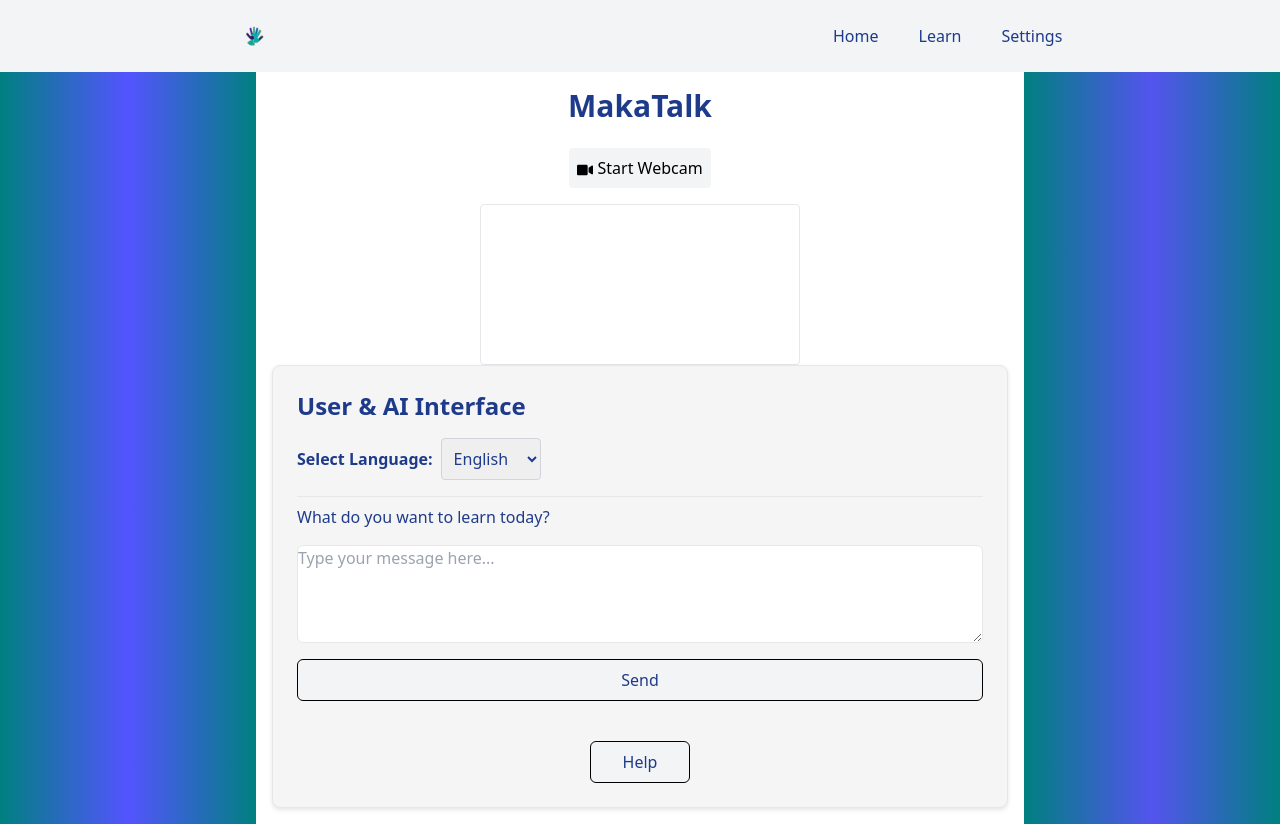
Repository: maria2469/MakaTalk
Page: /learn
The author's editor kept a copy of each file at every save. The page is drawn from the files as they stood at one save, then again after the next save.
The browser window is 1280 px wide. The pictures show the whole page.
The page's requests for data from a server got no answer. The project was rebuilt for these pictures with package versions that can differ from the ones it lists, and the page was loaded fresh each time. No one was signed in, and anything a server would have sent is missing. Also part of the build but not shown: vite.config.js, src/components/LandingPage/Landing.jsx.

Above is the page before, as saved 2024-10-09 21:29:01.

### index.html
<!doctype html>
<html lang="en">
  <head>
    <meta charset="UTF-8" />
    <link rel="icon" type="image/svg+xml" href="/images/MakaTalkLogo.svg" />
    <meta name="viewport" content="width=device-width, initial-scale=1.0" />
    <title>MakaTalk</title>
  </head>
  <body>
    <div id="root"></div>
    <script type="module" src="/src/main.jsx"></script>
  </body>
</html>

### src/main.jsx

console.log('main.js loaded'); // Add this line


import { StrictMode } from 'react'
import { createRoot } from 'react-dom/client'
import App from './App.jsx'
import './index.css'

createRoot(document.getElementById('root')).render(
  <StrictMode>

    <App />
  </StrictMode>,
)

### src/App.jsx
import React from "react";
import { BrowserRouter as Router, Routes, Route } from "react-router-dom";
import Landing from "./components/LandingPage/Landing";
import Learn from "./components/Learn/Learn";

const App = () => {
  return (
    <Router>
      <Routes>
        <Route path="/" element={<Landing />} />
        <Route path="/learn" element={<Learn />} />
      </Routes>
    </Router>
  );
};

export default App;

### src/components/Learn/Learn.jsx
import React, { useState } from 'react';
import './learn.css';
import Navbar from '../LandingPage/Navbar';
import Webcam from './Webcam/Webcam';
import colorOptions from '../Choices/Colors/Colors';
import Help from './Help/Help';
import Language from '../Languagedropdown/Language';
import UserAiResponse from '../UserAiResponse/UserAiResponse';

const Learn = () => {
    const [userInput, setUserInput] = useState('');
    const [selectedImage, setSelectedImage] = useState(null);
    const [instructions, setInstructions] = useState('');
    const [aiResponse, setAiResponse] = useState('What do you want to learn today?');
    const [step, setStep] = useState(0);

    const handleInputChange = (event) => setUserInput(event.target.value.toLowerCase().trim());

    const handleSubmit = () => {
        const colorData = colorOptions[userInput];
        if (!userInput) return setAiResponse("Please enter a color or a question.");

        if (step === 0 && userInput.includes('color')) {
            setAiResponse('Great! Which color do you want to learn?');
            return setStep(1);
        }

        if (colorData) {
            setSelectedImage(colorData.image);
            setInstructions(colorData.instructions);
            setAiResponse(`Here's how to sign ${userInput}:`);
            setStep(2);
        } else {
            setAiResponse("Sorry, I don't have information on that color.");
        }

        setUserInput('');
    };

    return (
        <div className="learn-container">
            <Navbar />
            <div className="main-content flex">
                <div className="left-section bg-color-1"></div>
                <div className="center-section flex flex-col items-center justify-center">
                    <h1 className="text-blue-900 text-3xl font-bold text-center mb-6">MakaTalk</h1>
                    <Webcam />
                    <div className="interface-card">
                        <h2 className="text-2xl font-bold mb-4">User & AI Interface</h2>
                        <Language />
                        <UserAiResponse
                            aiResponse={aiResponse}
                            userInput={userInput}
                            onInputChange={handleInputChange}
                            onSubmit={handleSubmit}
                        />
                        <Help setUserInput={setUserInput} />
                        {selectedImage && (
                            <div className="mt-4">
                                <img src={selectedImage} alt="Selected" className="w-full mt-4" />
                                <p>{instructions}</p>
                            </div>
                        )}
                    </div>
                </div>
                <div className="right-section bg-color-2"></div>
            </div>
        </div>
    );
}

export default Learn;

### src/components/LandingPage/Navbar.jsx
import React from 'react';

const Navbar = () => {
  return (
    <div className="flex items-center justify-around p-3 bg-gray-100 text-blue-900 gap-40">
      <img src="/images/MakaTalkLogo.svg" alt="Logo" className="h-12 w-auto ml-5 justify-start" /> {/* Logo aligned to the extreme left */}
      <div className="flex space-x-10 mr-2 justify-center ">
        <p className="cursor-pointer hover:text-black">Home</p>
        <p className="cursor-pointer hover:text-black">Learn</p>
        <p className="cursor-pointer hover:text-black">Settings</p>
      </div>
    </div>
  );
}

export default Navbar;

### src/components/Learn/Learn.css
:root {
  --primary-color: #3b82f6; /* Blue */
  --primary-hover: #2563eb; /* Darker blue on hover */
  --background-color: #ffffff; /* White */
  --light-gray: #e5e7eb; /* Light gray */
  --gradient-left: linear-gradient(to right, teal, rgba(48, 48, 255, 0.827), teal);
  --gradient-right: linear-gradient(to right, teal, rgba(47, 47, 234, 0.822), teal);
}

.learn-container {
  display: flex;
  flex-direction: column;
  height: 100vh; /* Full viewport height */
}

.main-content {
  display: flex;
  flex: 1; /* Allow main content to fill the remaining space */
  position: relative; /* Set relative positioning */
}

.left-section,
.right-section {
  width: 20%; /* Each side section takes up 20% of the width */
  display: flex;
  align-items: center;
  justify-content: center;
  color: #1e3a8a; /* Set text color to blue-900 */
}

.left-section {
  background: var(--gradient-left); /* Light to dark blue gradient */
}

.right-section {
  background: var(--gradient-right); /* Darker blue gradient */
}

.center-section {
  width: 60%;
  display: flex;
  flex-direction: column;
  align-items: center;
  justify-content: center; /* Vertically center the content */
  background-color: var(--background-color);
  padding: 1rem;
  height: 100%; /* Ensure it takes full height of the container */
  color: #1e3a8a; /* Set text color to blue-900 */
}

h1 {
  text-align: center; /* Center the text horizontally */
  margin: 0; /* Reset margin to avoid unnecessary space */
}

.interface-card {
  padding: 1.5rem;
  border: 1px solid var(--light-gray);
  border-radius: 0.5rem;
  box-shadow: 0 2px 4px rgba(0, 0, 0, 0.1);
  width: 100%;
  height: auto; /* Adjust height so the content fits without scrolling */
  background-color: #F5F5F5;
  color: #1e3a8a; /* Set text color to blue-900 */
}

textarea {
  border: 1px solid var(--light-gray);
  padding: 0.5rem;
  border-radius: 0.375rem;
  width: 100%; /* Full width */
  color: #1e3a8a; /* Set text color to blue-900 */
}

/* Button container for the row */
.button-row {
  display: flex;
  gap: 1rem; /* Space between the buttons */
  margin-top: 1rem; /* Space above the buttons */

}

.send-button, .help-button {
  background-color: var(--primary-color);
  color: white;
  border: none;
  border-radius: 8px;
  padding: 12px 24px;
  font-size: 16px;
  cursor: pointer;
  transition: background-color 0.3s ease, transform 0.2s ease;
}

.send-button:hover, .help-button:hover {
  background-color: var(--primary-hover);
  transform: translateY(-2px); /* Slight lift effect */
}

.ai-response {
  margin-top: 1rem;
  border-top: 1px solid var(--light-gray);
  padding-top: 0.5rem;
  color: #1e3a8a; /* Set text color to blue-900 */
}

/* Common button styling */
.common-button {
  background-color: #f3f4f6; /* Gray-100 */
  border: 1px solid black; /* Black border */
  color: #1e3a8a; /* Set text color to blue-900 */
  padding: 0.5rem 2rem; /* Padding */
  border-radius: 0.375rem; /* Rounded corners */
  cursor: pointer; /* Pointer cursor */
  transition: background-color 0.3s ease; /* Smooth transition */
}

.common-button:hover {
  background-color: #1e40af; /* Blue-900 on hover */
  color: white; /* Optional: change text color on hover */
}

/* Responsive Design */
@media (max-width: 768px) {
  .left-section,
  .right-section,
  .center-section {
      width: 100%; /* Full width on small screens */
      padding: 0.5rem;
  }

  .main-content {
      flex-direction: column; /* Stack sections vertically */
  }

  .button-row {
      flex-direction: column; /* Stack buttons vertically on smaller screens */
      gap: 0.5rem;
  }
}

### src/components/Learn/Webcam/Webcam.jsx
import React, { useRef, useState, useEffect } from 'react';
import { FaVideo, FaVideoSlash } from 'react-icons/fa'; // Import video and stop icons

const WebcamStream = () => {
  const videoRef = useRef(null);
  const canvasRef = useRef(null);
  const [isStreaming, setIsStreaming] = useState(false); // Toggle between streaming states
  const socket = useRef(null);

  useEffect(() => {
    // Setup WebSocket connection
    socket.current = new WebSocket("ws://localhost:5000"); // Assuming backend is running on localhost:5000
    socket.current.onopen = () => console.log("Connected to server");
    socket.current.onclose = () => console.log("Disconnected from server");

    return () => {
      if (socket.current) socket.current.close();
    };
  }, []);

  const startWebcam = async () => {
    try {
      const stream = await navigator.mediaDevices.getUserMedia({ video: true });
      videoRef.current.srcObject = stream;
      videoRef.current.play();
      setIsStreaming(true); // Webcam is now streaming
      captureFrames();
    } catch (error) {
      console.error("Error accessing webcam:", error);
    }
  };

  const stopWebcam = () => {
    const stream = videoRef.current.srcObject;
    const tracks = stream?.getTracks();
    if (tracks) {
      tracks.forEach(track => track.stop()); // Stop each track of the stream
      videoRef.current.srcObject = null; // Clear the video source
      setIsStreaming(false); // Webcam is no longer streaming
    }
  };

  const captureFrames = () => {
    if (!isStreaming || !videoRef.current || !canvasRef.current) return;

    const context = canvasRef.current.getContext('2d');
    const width = videoRef.current.videoWidth;
    const height = videoRef.current.videoHeight;

    // Set canvas dimensions to match the video element
    canvasRef.current.width = width;
    canvasRef.current.height = height;

    // Draw the current frame onto the canvas
    context.drawImage(videoRef.current, 0, 0, width, height);

    // Send the frame as an image data URL to the backend via WebSocket
    const frameData = canvasRef.current.toDataURL('image/jpeg'); // Convert the frame to a JPEG image
    socket.current.send(frameData); // Send the image data to the backend

    // Capture the next frame in the next animation frame
    requestAnimationFrame(captureFrames);
  };

  return (
    <div className="flex flex-col items-center">
      <button
        onClick={isStreaming ? stopWebcam : startWebcam} // Toggle between starting and stopping webcam
        className="mb-4 p-2 bg-gray-100 text-black rounded hover:bg-gray-200"
      >
        {isStreaming ? (
          <FaVideoSlash className="inline-block text-black" /> // Show stop icon when streaming
        ) : (
          <FaVideo className="inline-block text-black" /> // Show start icon when not streaming
        )}
        {isStreaming ? ' Stop Webcam' : ' Start Webcam'} {/* Toggle button label */}
      </button>
      <video ref={videoRef} width="320" height="240" className="border rounded" />
      <canvas ref={canvasRef} style={{ display: 'none' }} />
    </div>
  );
};

export default WebcamStream;

### src/components/Choices/Colors/Colors.jsx
// Colors.js
const colorOptions = {
    black: {
        image: './images/BlackSIG.svg', // Ensure this path is correct
        instructions: 'To sign black, hold your hand flat and move it across your chest.',
    },
    blue: {
        image: './images/BlueSIG.svg', // Ensure this path is correct
        instructions: 'To sign blue, wave your hand near your chest.',
    },
    brown: {
        image: './images/BrownSIG.svg', // Ensure this path is correct
        instructions: 'To sign brown, use a flat hand and tap it on your forehead.',
    },
    gold: {
        image: './images/GoldSIG.svg', // Ensure this path is correct
        instructions: 'To sign gold, touch your fingers to your chin and move down.',
    },
    green: {
        image: './images/GreenSIG.svg', // Ensure this path is correct
        instructions: 'To sign green, point your finger up and wiggle it.',
    },
    grey: {
        image: './images/GreySIG.svg', // Ensure this path is correct
        instructions: 'To sign grey, make a “G” shape with your hand.',
    },
    orange: {
        image: './images/OrangeSIG.svg', // Ensure this path is correct
        instructions: 'To sign orange, use a fist and tap it on your side.',
    },
    pink: {
        image: './images/PinkSIG.svg', // Ensure this path is correct
        instructions: 'To sign pink, extend your pinky finger and wave it.',
    },
    purple: {
        image: './images/PurpleSIG.svg', // Ensure this path is correct
        instructions: 'To sign purple, move your hand in a circular motion.',
    },
    red: {
        image: './images/RedSIG.svg', // Ensure this path is correct
        instructions: 'To sign red, extend your hand and touch your chin.',
    },
    silver: {
        image: './images/SilverSIG.svg', // Ensure this path is correct
        instructions: 'To sign silver, make a fist and tap it on your wrist.',
    },
    white: {
        image: './images/WhiteSIG.svg', // Ensure this path is correct
        instructions: 'To sign white, wave your hand in front of your chest.',
    },
    yellow: {
        image: './images/YellowSIG.svg', // Ensure this path is correct
        instructions: 'To sign yellow, make a “Y” shape with your hand and shake it.',
    },
    // Add more colors and their corresponding images and instructions as needed
};

export default colorOptions;

### src/components/Learn/Help/Help.jsx
import React, { useState } from 'react';
import GifStore from '../../GifStore/GifStore';

const Help = () => {
  const [isOpen, setIsOpen] = useState(false);
  const [helpOption, setHelpOption] = useState('');
  const [selectedGif, setSelectedGif] = useState('');

  const toggleHelpMenu = () => {
    setIsOpen((prev) => !prev);
    if (!isOpen) {
      setHelpOption(''); // Reset when closing
      setSelectedGif('');
    }
  };

  const handleOptionSelect = (option) => {
    setHelpOption(option);
    setIsOpen(false);
  };

  const handleColorSelect = (color) => {
    const gif = GifStore.getGif(color);
    setSelectedGif(gif || '');
    if (!gif) console.error(`GIF not found for the color: ${color}`);
  };

  const renderHelpOptions = () => (
    <div className="help-options bg-white border rounded shadow-md mt-2 p-4">
      <h3 className="font-bold mb-2">Select Help Option:</h3>
      {['AI', 'GIFs'].map((option) => (
        <button key={option} className="common-button" onClick={() => handleOptionSelect(option)}>
          Help from {option}
        </button>
      ))}
    </div>
  );

  const renderGifHelp = () => (
    <div className="gif-help mt-4">
      <h4 className="font-bold">Select a color for GIF help:</h4>
      {GifStore.colorGifs && Object.keys(GifStore.colorGifs).length > 0 ? (
        Object.keys(GifStore.colorGifs).map((color) => (
          <button key={color} className="common-button m-1" onClick={() => handleColorSelect(color)}>
            {color.charAt(0).toUpperCase() + color.slice(1)}
          </button>
        ))
      ) : (
        <p>No GIFs available. Please check GifStore configuration.</p>
      )}
      {selectedGif && <img src={selectedGif} alt="Color GIF" className="mt-2 w-full" />}
    </div>
  );

  const renderAIHelp = () => (
    <div className="ai-help mt-4">
      <h4 className="font-bold">AI Assistance</h4>
      <p>Here is some AI-powered assistance.</p>
      {/* Add your AI interaction logic here */}
    </div>
  );

  return (
    <div className="flex flex-col items-center mt-10">
      <button className="common-button" onClick={toggleHelpMenu}>Help</button>
      {isOpen && renderHelpOptions()}
      {helpOption === 'GIFs' && renderGifHelp()}
      {helpOption === 'AI' && renderAIHelp()}
    </div>
  );
};

export default Help;

### src/components/Languagedropdown/Language.jsx
import React, { useState } from 'react';

const Language = () => {
  const [selectedLanguage, setSelectedLanguage] = useState('en'); // Default to English

  // Define the available languages
  const languages = [
    { code: 'en', label: 'English' },
    { code: 'es', label: 'Spanish' },
    { code: 'fr', label: 'French' },
    { code: 'de', label: 'German' },
    { code: 'zh', label: 'Chinese' },
    // Add more languages as needed
  ];

  // Handle language selection
  const handleLanguageChange = (event) => {
    setSelectedLanguage(event.target.value);
    // Here you can also integrate the selected language with your text-to-speech functionality
  };

  return (
    <div className="language-dropdown">
      <label htmlFor="languageSelect" className="font-bold mr-2">
        Select Language:
      </label>
      <select
        id="languageSelect"
        value={selectedLanguage}
        onChange={handleLanguageChange}
        className="border border-gray-300 rounded p-2"
      >
        {languages.map((lang) => (
          <option key={lang.code} value={lang.code}>
            {lang.label}
          </option>
        ))}
      </select>
    </div>
  );
};

export default Language;

### src/components/UserAiResponse/UserAiResponse.jsx
import React from 'react';

const UserAiResponse = ({ aiResponse, userInput, onInputChange, onSubmit }) => {
    return (
        <div className="flex flex-col">
            <div className="ai-response mb-4">
                {/* Remove or comment out the label */}
                {/* <h3 className="font-bold">AI Response:</h3> */}
                <p>{aiResponse}</p>
            </div>
            <textarea
                placeholder="Type your message here..."
                rows="4"
                value={userInput}
                onChange={onInputChange}
            />
            <button className="common-button mt-4" onClick={onSubmit}>
                Send
            </button>
        </div>
    );
}

export default UserAiResponse;

### src/components/GifStore/GifStore.jsx
const colorGifs = {
  black: '/gifs/black.gif',
  blue: '/gifs/blue.gif',
  brown: '/gifs/brown.gif',
  gold: '/gifs/gold.gif',
  green: '/gifs/green.gif',
  grey: '/gifs/grey.gif',
  orange: '/gifs/orange.gif',
  pink: '/gifs/pink.gif',
  purple: '/gifs/purple.gif',
  red: '/gifs/red.gif',
  silver: '/gifs/silver.gif',
  white: '/gifs/white.gif',
  yellow: '/gifs/yellow.gif',
};

// Export the GIFs and any necessary functions
const GifStore = {
  colorGifs, // Ensure this is properly exported
  getGif: (color) => {
    if (colorGifs[color]) {
      return colorGifs[color];
    } else {
      console.warn(`No GIF found for color: ${color}`); // Add warning for unmatched colors
      return null;
    }
  },
};

export default GifStore;

Loaded but not shown: src/index.css (common file); tailwind.config.js (common file)

After the next save:
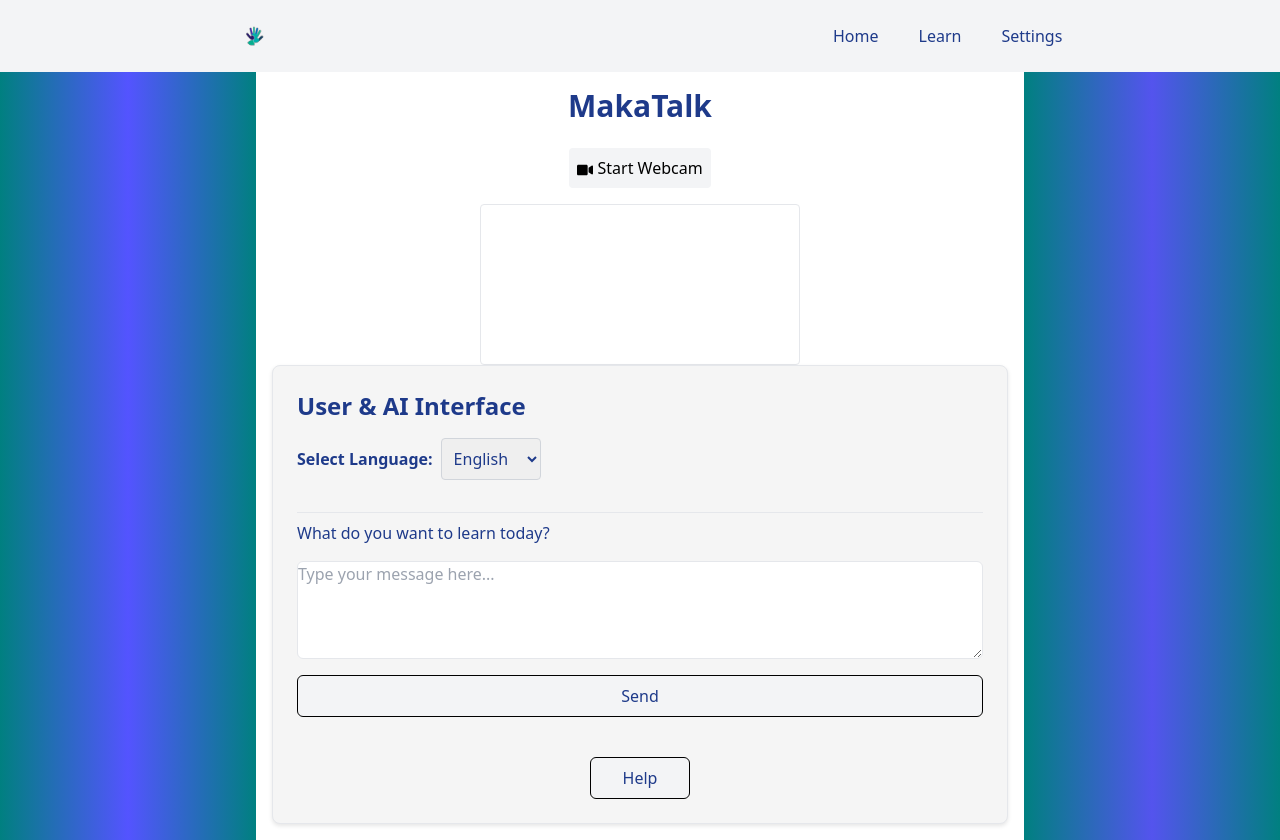
Saved 9 h 1 min later.
--- a/src/components/Languagedropdown/Language.jsx
+++ b/src/components/Languagedropdown/Language.jsx
@@ -1,8 +1,6 @@
-import React, { useState } from 'react';
+import React from 'react';
 
-const Language = () => {
-  const [selectedLanguage, setSelectedLanguage] = useState('en'); // Default to English
-
+const LanguageDropdown = ({ selectedLanguage, onLanguageChange }) => {
   // Define the available languages
   const languages = [
     { code: 'en', label: 'English' },
@@ -13,21 +11,15 @@ const Language = () => {
     // Add more languages as needed
   ];
 
-  // Handle language selection
-  const handleLanguageChange = (event) => {
-    setSelectedLanguage(event.target.value);
-    // Here you can also integrate the selected language with your text-to-speech functionality
-  };
-
   return (
-    <div className="language-dropdown">
+    <div className="language-dropdown mb-4">
       <label htmlFor="languageSelect" className="font-bold mr-2">
         Select Language:
       </label>
       <select
         id="languageSelect"
         value={selectedLanguage}
-        onChange={handleLanguageChange}
+        onChange={onLanguageChange} // Pass the handler from the parent
         className="border border-gray-300 rounded p-2"
       >
         {languages.map((lang) => (
@@ -40,4 +32,4 @@ const Language = () => {
   );
 };
 
-export default Language;
+export default LanguageDropdown;
